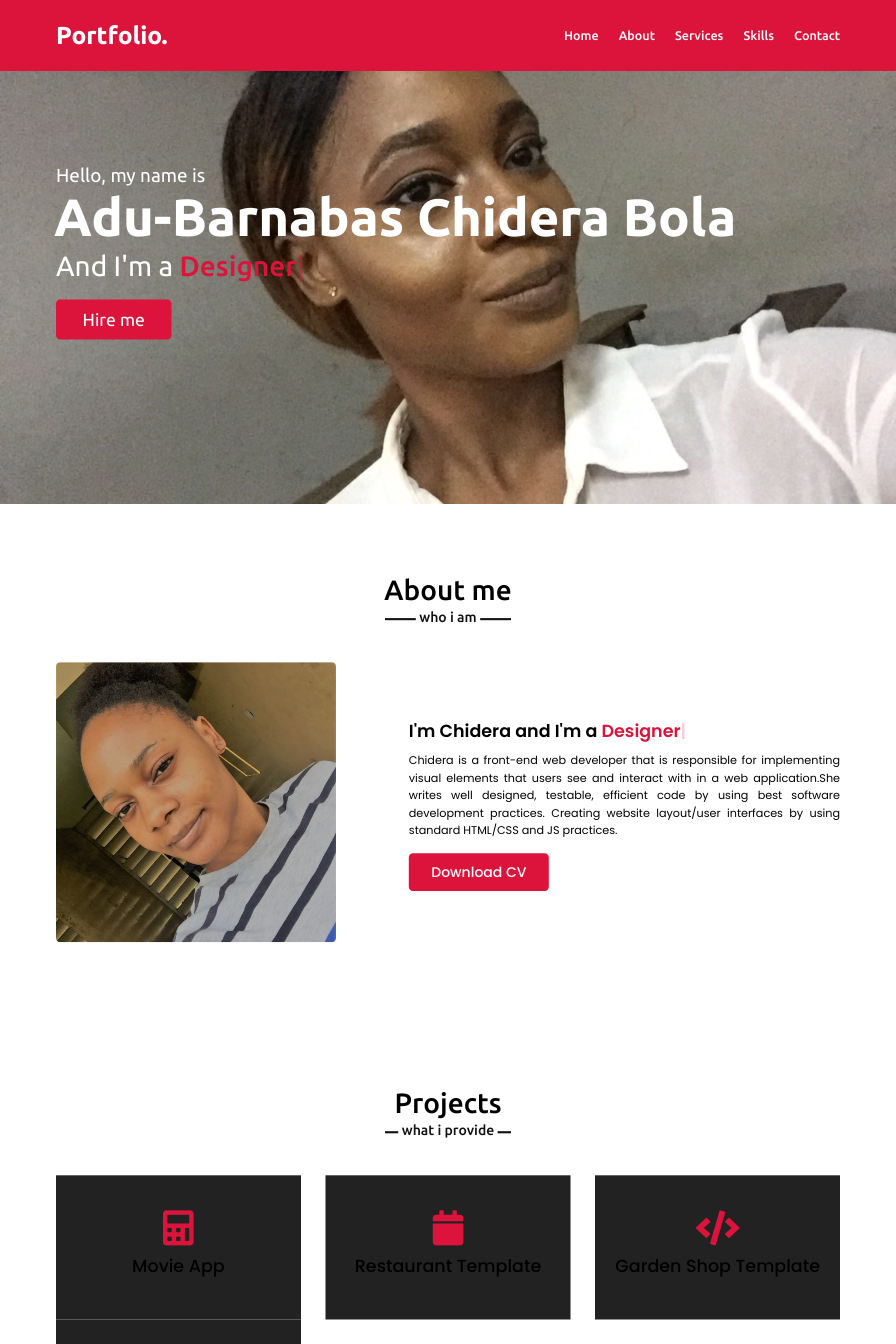
Repository: DeraBola/Portfolio
Page: index.html
The author's editor kept a copy of each file at every save. The page is drawn from the files as they stood at one save, then again after a run of saves.
The browser window is 1280 px wide. The pictures show the part of the page from y = 0 to 1920 px (the page is 3379 px tall), at 70% of full size.
Backgrounds fixed to the window are drawn as part of the page.

Above is the page before, as saved 2023-01-05 14:18:15.
Console error: ReferenceError: $ is not defined

After the next 2 saves:
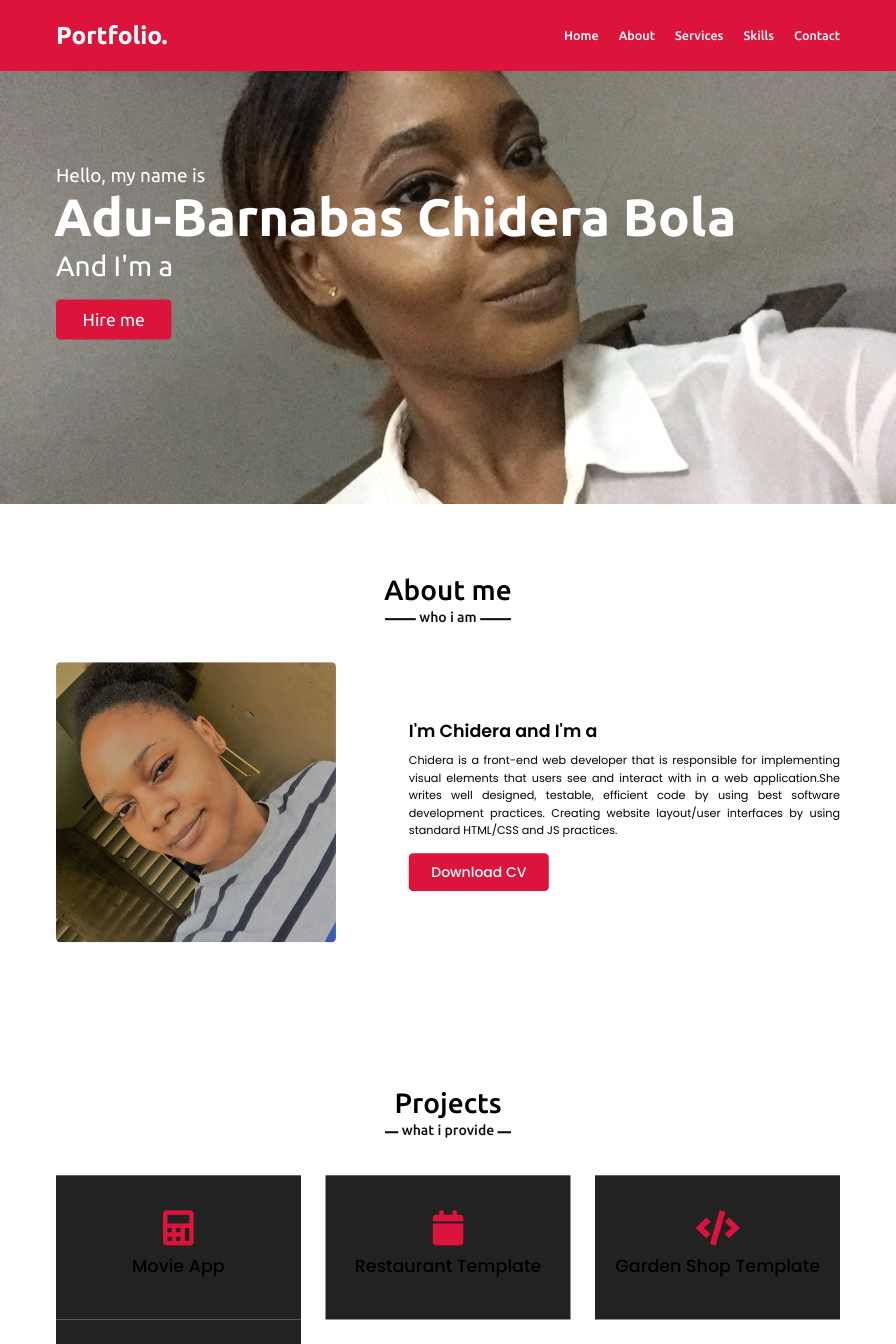
Console error: SyntaxError: Unexpected end of input
The 2 saves are shown as one change because they came seconds apart.
The last was saved 5 s later.
--- a/Portfolio.js
+++ b/Portfolio.js
@@ -66,4 +66,4 @@
     });
 });
 //Git Repository Map
-c
+const
